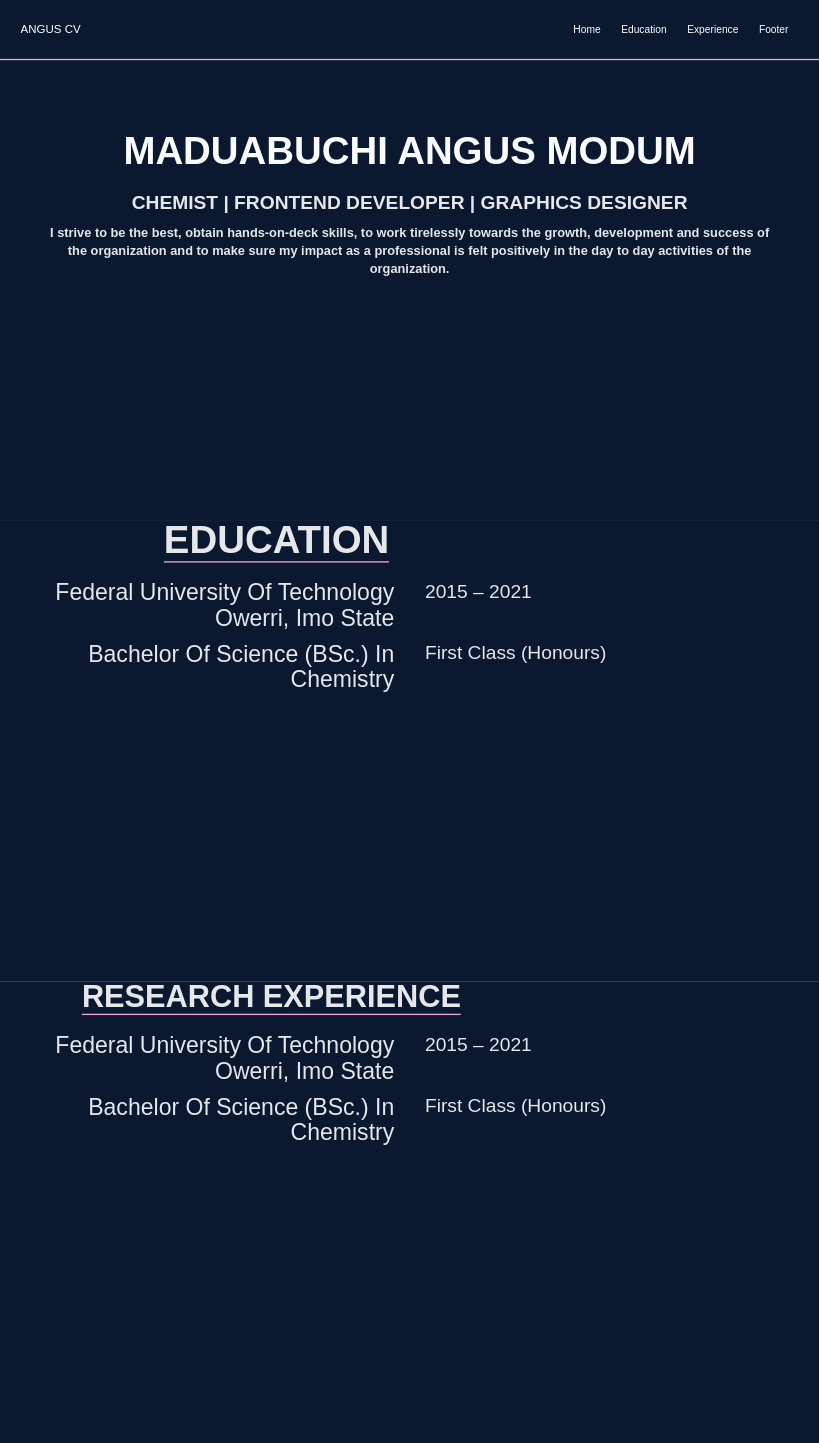
Repository: AngusOnyebuchi/AngusOnyebuchi.github.io
Page: /
These files come from the project's save history. The page is drawn as it stood at one moment and after the next save; the edit follows.
The browser window is 1280 px wide. The pictures show the whole page, at 64% of full size.
The project was rebuilt for these pictures with package versions that can differ from the ones it lists, and the page was loaded fresh each time.

Above is the page before, as saved 2022-04-17 20:07:10.

After the next save:
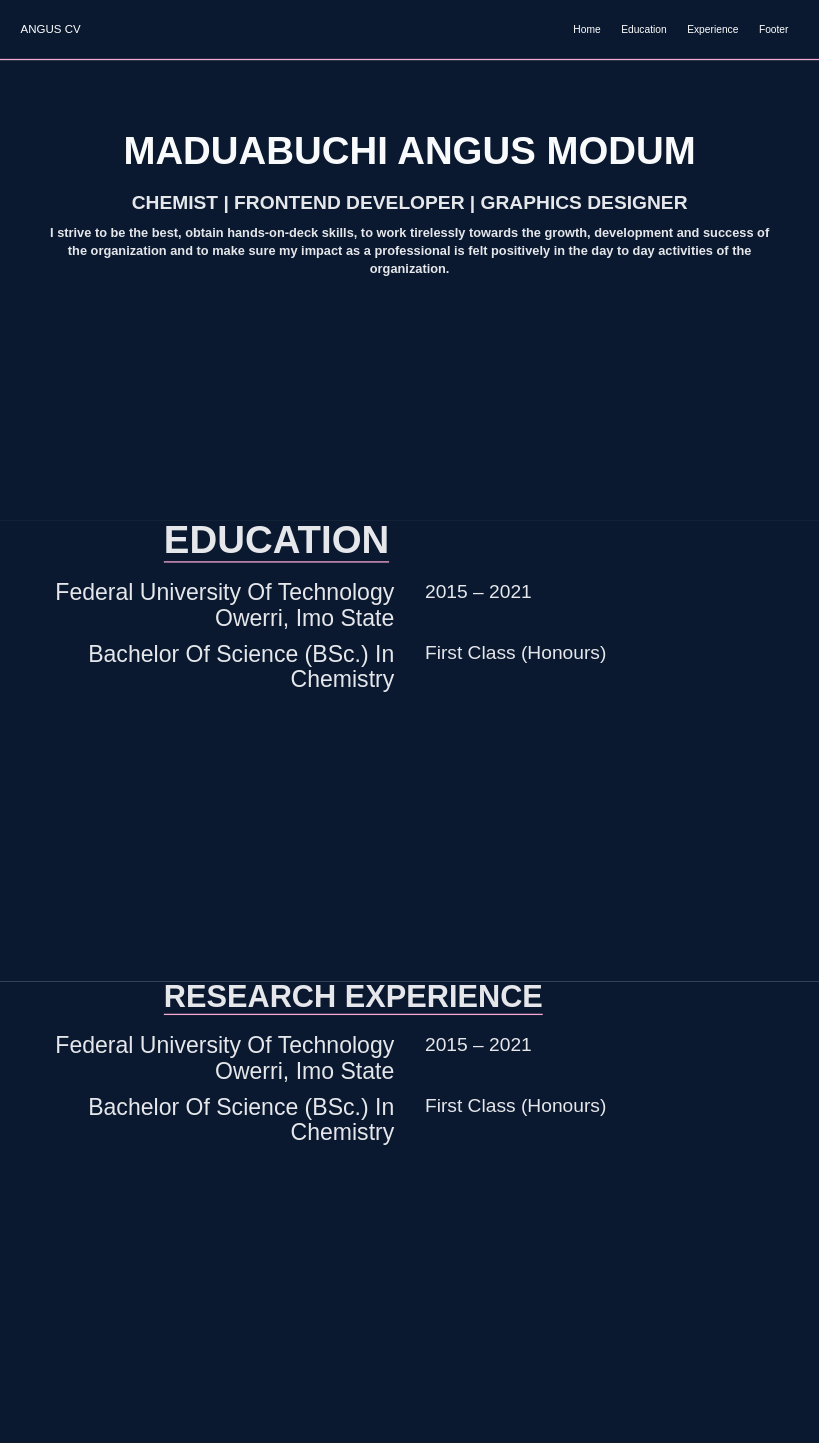
Saved 29 s later.
--- a/src/components/Experience.js
+++ b/src/components/Experience.js
@@ -3,7 +3,7 @@ import React from "react";
 export default function Experience() {
     return(
         <div className="bg-[#0a192f] w-full h-screen text-gray-200">
-            <h1 className="text-3xl md:text-5xl font-bold uppercase pt-24 text-center text-gray-200 inline border-b-2 border-pink-300 ml-24 sm:ml-32">research experience</h1>
+            <h1 className="text-3xl md:text-5xl font-bold uppercase pt-24 text-center text-gray-200 inline border-b-2 border-pink-300 ml-18 sm:ml-64">research experience</h1>
             <div className="grid grid-cols-2 gap-12 mx-16 pt-8 ">
                 <h3 className="capitalize text-xl md:text-4xl text-right">Federal university of technology owerri, Imo state</h3>
                 <h4 className="text-lg md:text-3xl ">2015 – 2021</h4>
